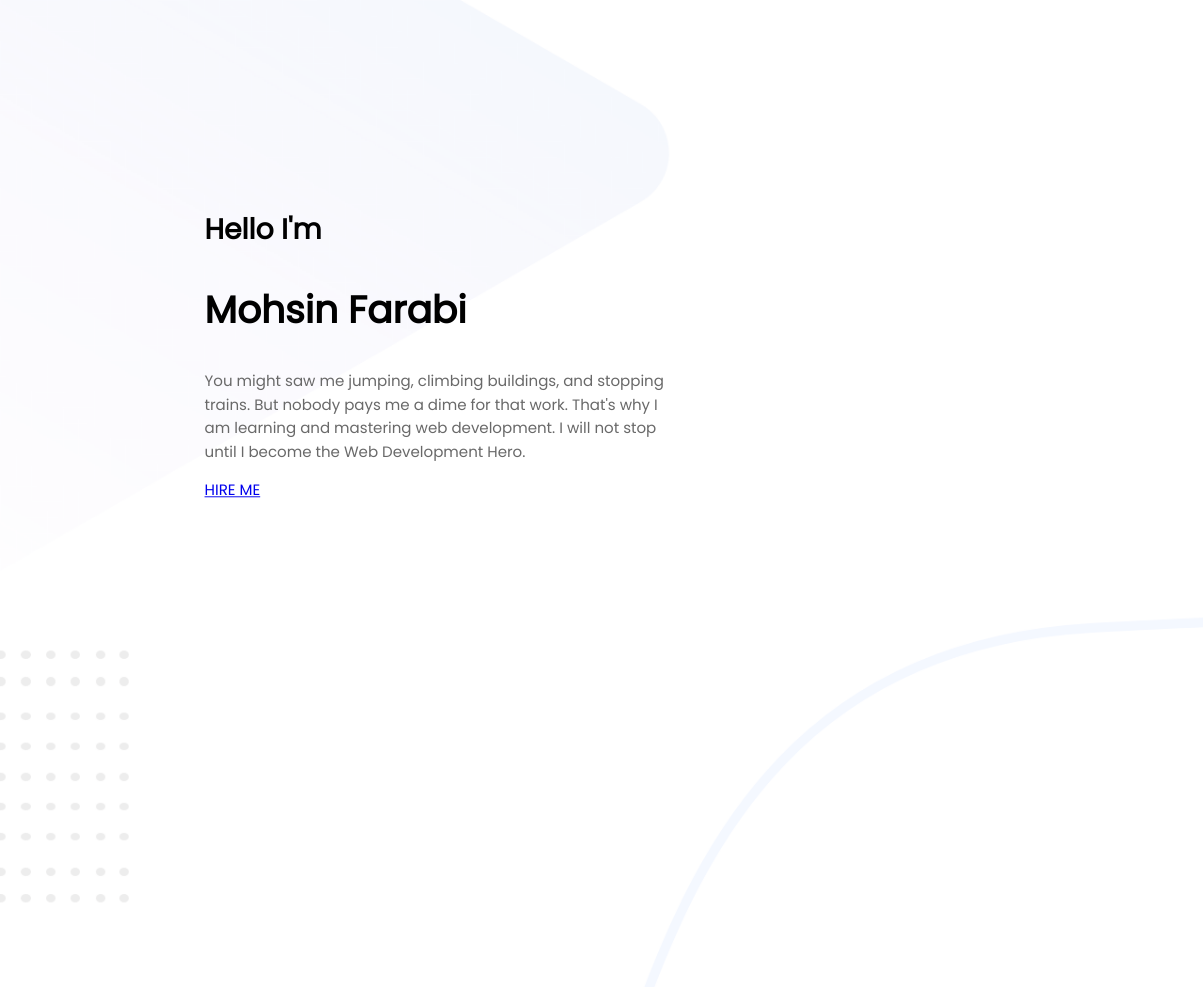
Repository: mohsinfarabi/personal-website
Page: index.html
These files come from the project's save history. The page is drawn as it stood at one moment and after the next save; the edit follows.
The browser window is 1280 px wide. The pictures show the whole page, at 94% of full size.

Above is the page before, as saved 2020-07-01 03:18:52.

After the next save:
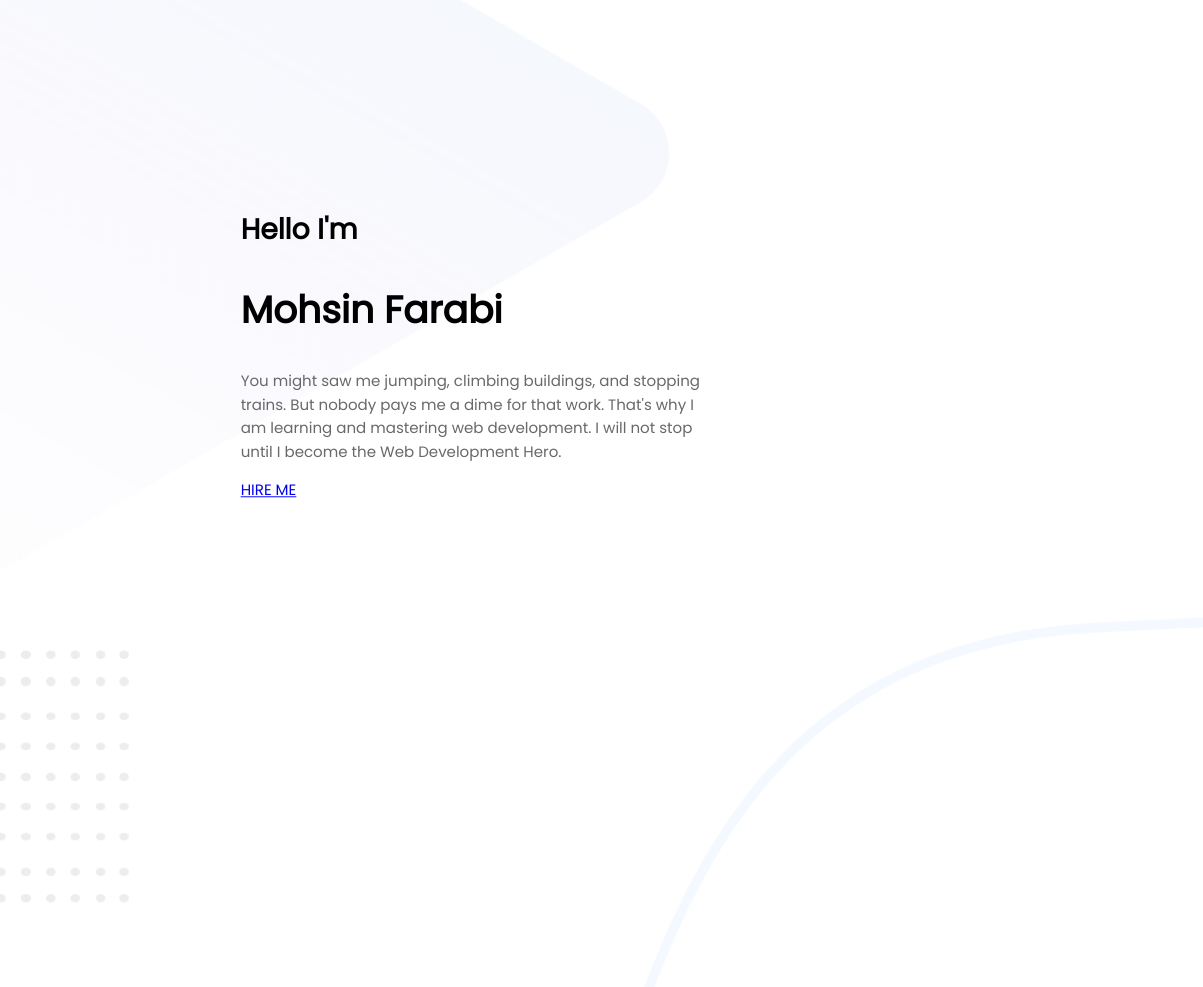
Saved 43 s later.
--- a/style.css
+++ b/style.css
@@ -20,7 +20,7 @@ p {
     float: left;
     margin-left: 15%;
     margin-top: 15%;
-    padding-left: 2%;
+    padding-left: 5%;
 }
 
 section {
